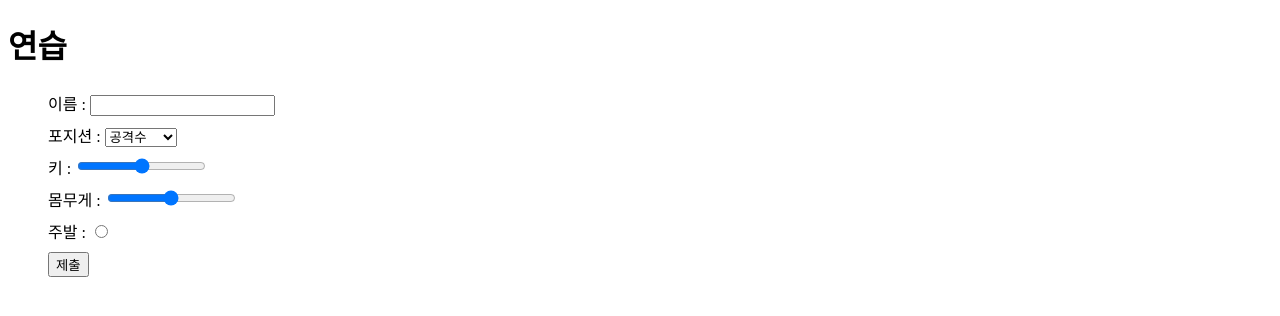
Repository: Simyoungdo04/dynamic-workspace
Page: FirstProject/src/main/webapp/views/practice.html
An editor plug-in stored every save of this project. The page is shown before and after a run of saves, followed by the edit.
The browser window is 1280 px wide. The pictures show the whole page.

Above is the page before, as saved 2026-05-04 08:42:02.

### FirstProject/src/main/webapp/views/practice.html
<!DOCTYPE html>
<html>
<head>
<meta charset="UTF-8">
<title>Insert title here</title>
<style>
	ul{
		list-style: none;
		line-height: 200%;
	}
</style>
</head>
<body>
	<h1>연습</h1>
	<form method="get" action="http://localhost:8088/first/practice.do">
		<ul>
			<li>
				이름 : <input type="text" name="name"/>
			</li>
			<li>
				포지션 :
				<select name="position">
					<option>공격수</option>
					<option>미드필더</option>
					<option>수비수</option>
				</select>
			</li>
			<li>
				키 : <input type="range" min="160" max="210" name="height"/>
			</li>
			<li>
				몸무게 : <input type="range" min="50" max="120" name="weight"/>
			</li>
			<li>
				주발 :
				<input type="radio"/>
			</li>
			<li>

			</li>
			<li>

			</li>
			<li>

			</li>
			<li>

			</li>
			<li>
				<button type="submit">제출</button>
			</li>
		</ul>
	</form>
</body>
</html>

After the next 2 saves:
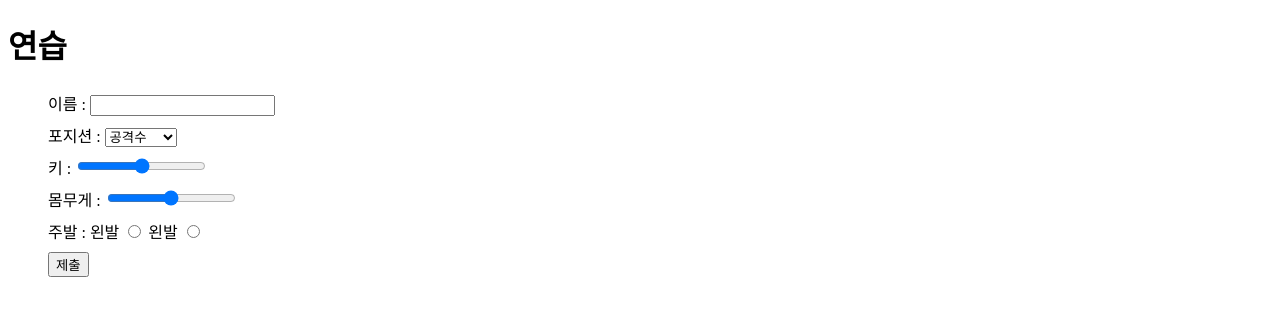
The 2 saves are shown as one change because they came seconds apart.
The last was saved 7 s later.
--- a/FirstProject/src/main/webapp/views/practice.html
+++ b/FirstProject/src/main/webapp/views/practice.html
@@ -33,7 +33,8 @@
 			</li>
 			<li>
 				주발 :
-				<input type="radio"/>
+				왼발 <input type="radio"/>
+				왼발 <input type="radio"/>
 			</li>
 			<li>
 
